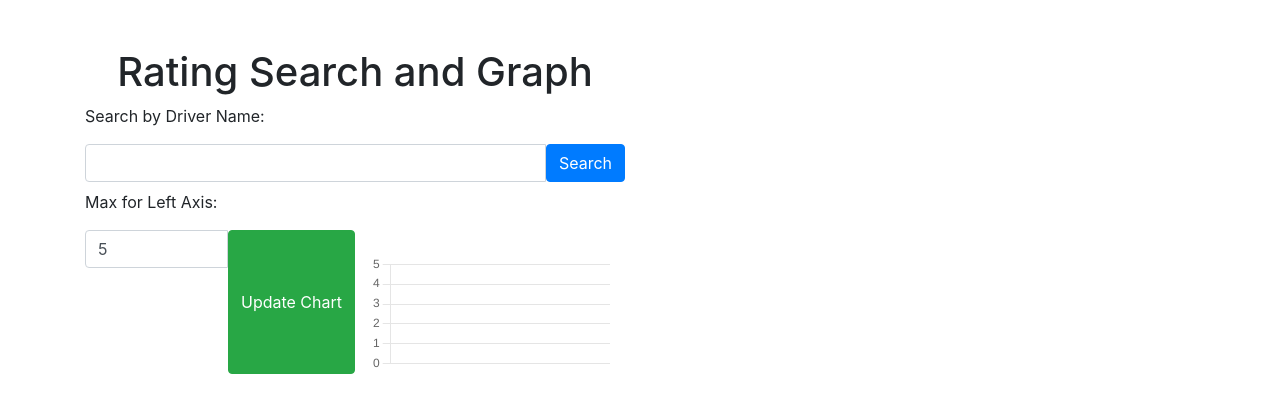
Repository: adrcstro/TrackingManagement
Page: http://localhost/tcpdf/Loginsystem/fetchdata.php
The author's editor kept a copy of each file at every save. The page is drawn from the files as they stood at one save, then again after the next save.
The browser window is 1280 px wide. The pictures show the whole page.
Some icons come from a web library that is not loaded, so they are not drawn. Some web libraries are served in a nearby version. The page is run by PHP 8.4 with error messages shown; the project is at /var/www/html/. Queries for data that is not in the repository find no rows.

Above is the page before, as saved 2023-11-24 18:51:08.
Console error: TypeError: Cannot read properties of null (reading 'addEventListener')

### Loginsystem/fetchdata.php
<!DOCTYPE html>
<html lang="en">
<head>
    <meta charset="UTF-8">
    <meta name="viewport" content="width=device-width, initial-scale=1.0">
    <link href="https://maxcdn.bootstrapcdn.com/bootstrap/4.5.2/css/bootstrap.min.css" rel="stylesheet">
    <link href="https://cdnjs.cloudflare.com/ajax/libs/font-awesome/5.15.1/css/all.min.css" rel="stylesheet"> <!-- Font Awesome -->
    <script src="https://cdn.jsdelivr.net/npm/chart.js"></script>

    <style>
        .card {
            transition: transform 0.3s;
            position: relative;
            box-shadow: 0 4px 8px rgba(0, 0, 0, 0.1);
            height: 100%;
        }

        .card:hover {
            transform: scale(1.05);
            box-shadow: 0 8px 16px rgba(0, 0, 0, 0.2);
        }

        .card-img-top {
            object-fit: cover;
            height: 250px;
            width: 100%;
        }

        .card-body {
            padding-bottom: 40px; /* Adjust padding to accommodate the button */
        }

        .card-title {
            height: -3rem; /* Limit the height of the title */
            overflow: hidden;
        }

        .card-text {
            max-height: 6rem; /* Limit the height of the description */
            overflow: hidden;
        }

        .read-more-modal {
            max-width: 800px; /* Adjust the width of the modal */
        }
    </style>
    <title>News and Events</title>
</head>
<body>

<div class="container">
        <div class="row  mt-4">
            <div class="col-md-6">
                <h1 class="text-center mt-4">Rating Search and Graph</h1>

                <form method="post" action="" class="mt-2">
                    <label for="search">Search by Driver Name:</label>
                    <div class="input-group mt-2">
                        <input type="text" name="search" id="search" class="form-control">
                        <button type="submit" class="btn btn-primary"><i class="bi bi-search icon"></i>Search</button>
                    </div>
                </form>

                <!-- Input field for max value of the left axis -->
                <label for="maxLeft" class="mt-2">Max for Left Axis:</label>
                <div class="input-group mt-2">
                    <input type="number" name="maxLeft" id="maxLeft" value="5" class="form-control">
                    <button onclick="updateChart()" class="btn btn-success"><i class="bi bi-bar-chart icon"></i>Update Chart</button>

            <div class="col-md-6">
                <div style="width: 100%;"  class="mt-4">
                    <canvas id="myChart"></canvas>
                </div>
            </div>
        </div>
    </div>


<script>
        // Add your custom scripts here
        function updateChart() {
            // Your chart update logic
        }
    </script>
<?php
// Connect to your database
$servername = "localhost"; // Replace with your server name
$username = "root"; // Replace with your username
$password = ""; // Replace with your password
$dbname = "plate-to-place-v-tracking";

$conn = new mysqli($servername, $username, $password, $dbname);

// Check connection
if ($conn->connect_error) {
    die("Connection failed: " . $conn->connect_error);
}

// Function to fetch data from the rating table based on the search term
function fetchData($conn, $searchTerm) {
    $sql = "SELECT DriverName, Rate FROM rating WHERE DriverName LIKE '%$searchTerm%'";
    $result = $conn->query($sql);

    $data = array();
    if ($result->num_rows > 0) {
        while ($row = $result->fetch_assoc()) {
            $data[] = $row;
        }
    }

    return $data;
}

// Process search form submission
if ($_SERVER["REQUEST_METHOD"] == "POST") {
    $searchTerm = $_POST["search"];
    $data = fetchData($conn, $searchTerm);
} else {
    // If no search term, initialize with an empty array
    $data = array();
}

// Close the database connection
$conn->close();
?>

<script>
// Prepare data for Chart.js
var data = <?php echo json_encode($data); ?>;

// Create an object to count the occurrences of each rating for each driverName
var ratingCounts = {};

data.forEach(function(item) {
    var driverName = item.DriverName;
    var rate = item.Rate;

    // Initialize the count for the driverName if not already present
    if (!ratingCounts[driverName]) {
        ratingCounts[driverName] = [0, 0, 0, 0, 0]; // Index 0 represents rating 1, index 4 represents rating 5
    }

    // Increment the count for the corresponding rating
    ratingCounts[driverName][rate - 1]++;
});

// Prepare labels and data for the chart
var labels = Object.keys(ratingCounts);
var datasets = [];

// Iterate through each driverName and create a dataset for the bar graph
labels.forEach(function(driverName) {
    var counts = ratingCounts[driverName];

    datasets.push({
        label: driverName,
        data: counts,
        backgroundColor: getRandomColor(), // Function to get a random color for each driverName
        borderColor: 'rgba(75, 192, 192, 1)',
        borderWidth: 1
    });
});

// Default max value for left axis
var maxLeft = 5;

// Declare myChart outside the function
var myChart;

// Draw the initial bar chart
drawChart();

// Function to draw or update the bar chart
function drawChart() {
    var ctx = document.getElementById('myChart').getContext('2d');
    myChart = new Chart(ctx, {
        type: 'bar',
        data: {
            labels: ['Unsatisfactory/Very Poor', 'Poor', 'Satisfactory/Fair', 'Good', 'Excellent'], // Ratings 1 to 5
            datasets: datasets
        },
        options: {
            scales: {
                y: {
                    beginAtZero: true,
                    stepSize: 1,
                    max: maxLeft
                }
            }
        }
    });
}

// Function to generate a random color
function getRandomColor() {
    var letters = '0123456789ABCDEF';
    var color = '#';
    for (var i = 0; i < 6; i++) {
        color += letters[Math.floor(Math.random() * 16)];
    }
    return color;
}

// Function to update the chart based on user input
function updateChart() {
    // Get value from input field
    maxLeft = parseInt(document.getElementById('maxLeft').value);

    // Destroy the existing chart and redraw with updated options
    myChart.destroy();
    drawChart();
}
</script>









<div class="container mt-5 mb-5">
    <div class="row">
    <?php
        // Replace these with your actual database connection details
        $host = "localhost";
        $username = "root";
        $password = "";
        $database = "plate-to-place-v-tracking";

        // Create a database connection
        $your_db_connection = mysqli_connect($host, $username, $password, $database);

        // Check the connection
        if (!$your_db_connection) {
            die("Connection failed: " . mysqli_connect_error());
        }

        // Fetch data from the "newsandevents" table
        $query = "SELECT id, Username, Age, Password, PermittoOperate,PhoneNumber,HomeAddress FROM driverstbl";
        $result = mysqli_query($your_db_connection, $query);

        // Check if the query was successful
        if ($result) {
            // Fetch data row by row
            while ($row = mysqli_fetch_assoc($result)) {
                $drivername = $row['Username'];
                $ViehicleNumber = $row['Age'];
                $PlateNumber = $row['Password'];
                $image = $row['PermittoOperate'];
                $phone = $row['PhoneNumber'];
                $home = $row['HomeAddress'];

                // Display data in Bootstrap cards
                echo '<div class="col-md-4 mb-5">';
                echo '<div class="card">';
                echo '<img src="uploads/' . $image . '" class="card-img-top" alt="Card Image">';
                echo '<div class="card-body text-center">';

                // Displaying the driver information
                // Existing code

echo '<h6 class="card-title">Drivers Name: <span style="font-weight:normal;">' . $drivername . '</span></h6>';
echo '<h6 class="card-title">Vehicle Number: <span style="font-weight:normal;">' . $ViehicleNumber . '</span></h6>';
echo '<h6 class="card-title">Plate Number: <span style="font-weight:normal;">' . $PlateNumber . '</span></h6>';
echo '<h6 class="card-title">Phone Number: <span style="font-weight:normal;">' . $phone . '</span></h6>';
echo '<h6 class="card-title">Home Address: <span style="font-weight:normal;">' . $home . '</span></h6>';
                echo '</div>';
                echo '</div>';
                echo '</div>';
            }

            // Free result set
            mysqli_free_result($result);
        } else {
            // Handle the error if the query fails
            echo "Error: " . mysqli_error($your_db_connection);
        }

        // Close the database connection
        mysqli_close($your_db_connection);
    ?>
    </div>
</div>

<script src="https://code.jquery.com/jquery-3.5.1.slim.min.js"></script>
<script src="https://cdn.jsdelivr.net/npm/@popperjs/core@2.5.3/dist/umd/popper.min.js"></script>
<script src="https://maxcdn.bootstrapcdn.com/bootstrap/4.5.2/js/bootstrap.min.js"></script>
<script src="https://kit.fontawesome.com/your-font-awesome-kit-id.js" crossorigin="anonymous"></script>









<script>
    // Initialize Bootstrap tooltips
    $(function () {
        $('[data-toggle="tooltip"]').tooltip();
    });
</script>

<script>
    document.addEventListener("DOMContentLoaded", function() {
        const searchInput = document.getElementById("SearchDriver");
        const searchResults = document.getElementById("searchResults");

        searchInput.addEventListener("input", function() {
            const searchText = searchInput.value.toLowerCase();
            if (searchText.length > 0) {
                fetch(`fetchdatadetails.php?search=${searchText}`)
                    .then(response => response.text())
                    .then(data => {
                        searchResults.innerHTML = data;
                    })
                    .catch(error => {
                        console.error('Error:', error);
                    });
            } else {
                searchResults.innerHTML = "";
            }
        });
    });
</script>
</body>
</html>

After the next save:
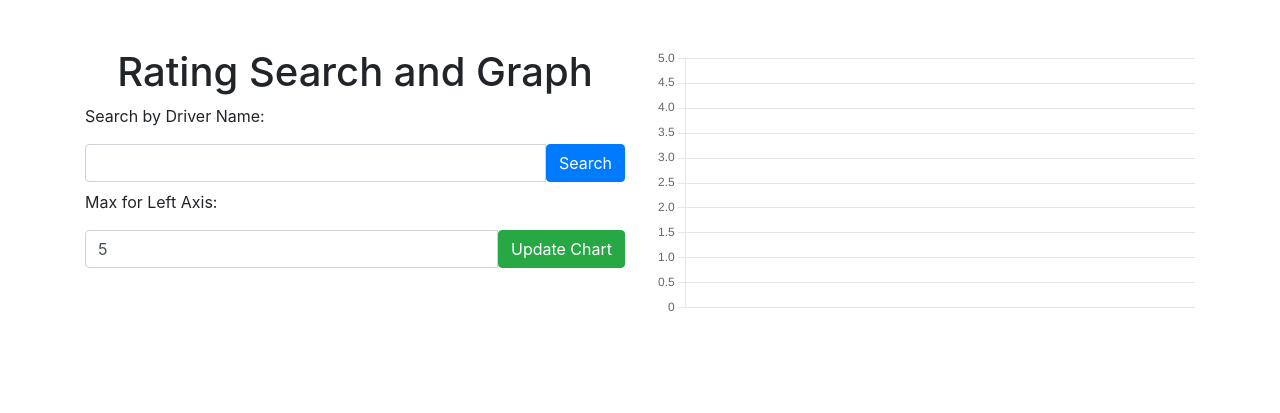
Saved 77 s later.
--- a/Loginsystem/fetchdata.php
+++ b/Loginsystem/fetchdata.php
@@ -61,11 +61,14 @@
                     </div>
                 </form>
 
-                <!-- Input field for max value of the left axis -->
                 <label for="maxLeft" class="mt-2">Max for Left Axis:</label>
                 <div class="input-group mt-2">
                     <input type="number" name="maxLeft" id="maxLeft" value="5" class="form-control">
                     <button onclick="updateChart()" class="btn btn-success"><i class="bi bi-bar-chart icon"></i>Update Chart</button>
+                </div>
+
+
+            </div>
 
             <div class="col-md-6">
                 <div style="width: 100%;"  class="mt-4">
